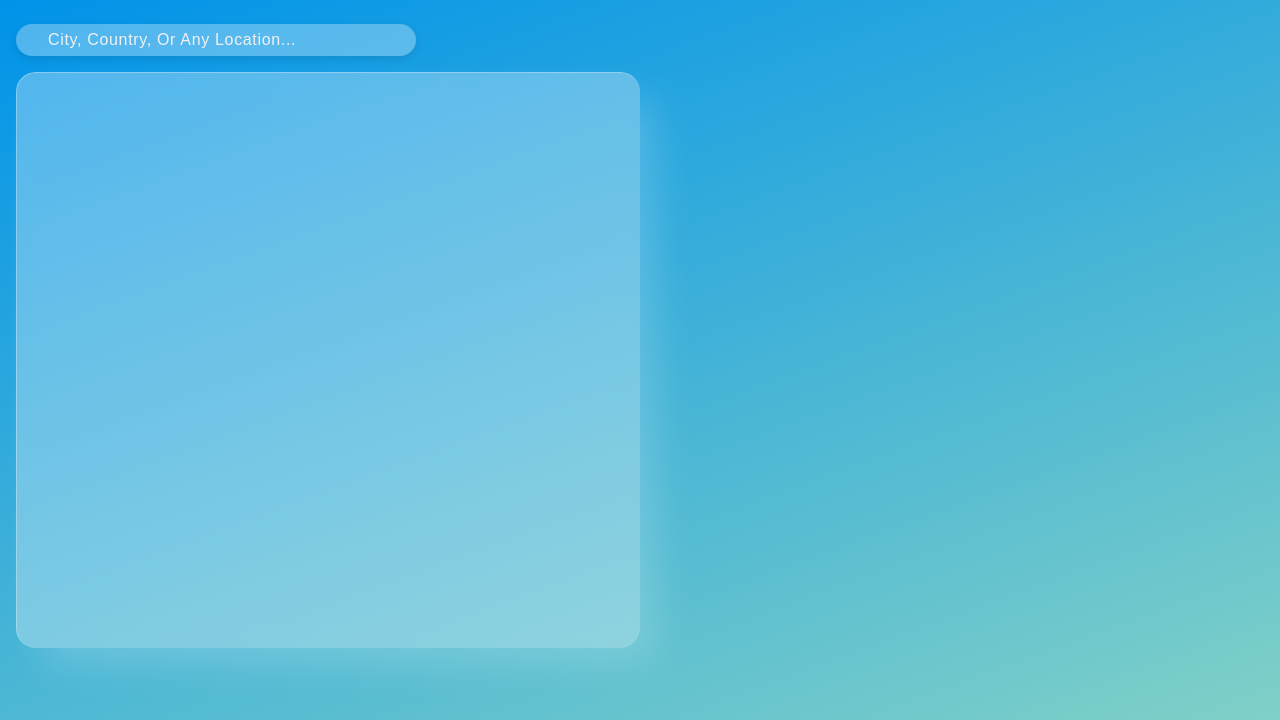
Repository: Haydenleung/weather-app-2024
Page: /
An editor plug-in stored every save of this project. The page is shown before and after a run of saves, followed by the edit.
The browser window is 1280 px wide. The pictures show the whole page.
The project was rebuilt for these pictures with package versions that can differ from the ones it lists, and the page was loaded fresh each time. The framework's server and built-in components were replaced by stand-ins that run in the browser. Also part of the build but not shown: next.config.mjs.

Above is the page before, as saved 2024-02-09 09:41:10.

### src/pages/index.tsx
import Image from "next/image";
import { useState } from 'react';
import { parseString } from 'xml2js';

import Container from "@/components/Container";

export default function Home() {

  const [location, setLocation] = useState();

  var apiKey = "1166e5ad9804e768305a6f5ad6b1e21c"
  // var cityName = "london"
  var currentUrl = `https://api.openweathermap.org/data/2.5/weather?q=${location}&units=metric&appid=${apiKey}`;
  var currentUrlXML = `https://api.openweathermap.org/data/2.5/weather?q=${location}&mode=xml&appid=${apiKey}`;
  var forecasrUrl = `https://api.openweathermap.org/data/2.5/forecast?q=${location}&units=metric&appid=${apiKey}`;

  const [data, setData] = useState<IWeatherProps[]>([]);
  const [date, setDate] = useState<IDateProps[]>([]);
  const [fData, setFData] = useState<IForecastProps[]>([]);


  const GrabInfo = async () => {
    try {
      await fetch(currentUrl)
        .then((res) => {
          if (!res.ok) {
            throw new Error('404 Error');
          }
          return res.json();
        })
        .then((data) => {
          console.log([data]);
          setData([data]);
        });

      await fetch(currentUrlXML)
        .then((res) => {
          if (!res.ok) {
            throw new Error('404 Error');
          }
          return res.text();
        })
        .then((date) => {
          parseString(date, (err: any, result: any) => {
            if (err) {
              throw new Error('404 Error');
            }
            console.log([result]);
            setDate([result]);
          });
        });
      await fetch(forecasrUrl)
        .then((res) => {
          if (!res.ok) {
            throw new Error('404 Error');
          }
          return res.json()
        })
        .then((fData) => {
          console.log([fData]);
          setFData([fData]);
        })
    } catch (error) {
      setData([])
      setDate([])
      setFData([])
    }
  };

  const handleChange = (event: any) => {
    setLocation(event.target.value);
  };

  const onFormSubmit = (e: any) => {
    e.preventDefault();
    GrabInfo()
  }

  return (
    <main className={"container"} >
      <form onSubmit={onFormSubmit} className={"searchForm"}>
        <input type="text" onChange={handleChange} value={location} className={"search"} placeholder={"City, country, or any location..."} />
        <button type="submit" className={"button"} />
      </form>
      <Container data={data} date={date} fData={fData} location={location} />
    </main >
  );
}

### src/styles/globals.css
* {
  font-family: Arial, Helvetica, sans-serif;
  color: white;
}

*,
*:before,
*:after {
  box-sizing: border-box;
}

.container {
  background: #e0e9f0;
  width: 100%;
  height: 100%;
  position: absolute;
  top: 0;
  left: 0;
  padding: 0.5rem 0rem;
  display: flex;
  flex-direction: column;
  background-color: #0093E9;
  background-image: linear-gradient(160deg, #0093E9 0%, #80D0C7 100%);
}

.button {
  display: none;
}

.searchForm {
  width: 20rem;
  padding: 1rem 1rem 0 1rem;
}

.search {
  height: 2rem;
  min-width: 25rem;
  border-radius: 99rem;
  border: none;
  padding: 0.3rem 2rem;
  font-size: 12pt;
  font-weight: 400;
  letter-spacing: 0.5pt;
  box-shadow: 0px 3px 8px rgba(0, 0, 0, 0.1);
  color: white;
  text-transform: capitalize;
  outline: none;
  background: rgba(255, 255, 255, 0.3);
}

input,
select,
textarea {
  color: #ff0000;
}

::placeholder {
  color: rgb(241, 241, 241);
  font-weight: 400;
  opacity: 1;
}

.search:hover {
  transform: translateY(-1px);
}

.weatherContainer {
  flex-grow: 1;
  padding: 1rem;
  display: flex;
  flex-direction: row;
  gap: 1rem;
  min-height: 35rem;
}

.today {
  display: flex;
  flex-direction: column;
  width: 50%;
  justify-content: center;
  align-items: center;
  background: rgba(255, 255, 255, 0.3);
  padding: 3rem;
  border-radius: 20px;
  border-left: 1px solid rgba(255, 255, 255, 0.3);
  border-top: 1px solid rgba(255, 255, 255, 0.3);
  backdrop-filter: blur(10px);
  box-shadow: 20px 20px 40px -6px rgba(255, 255, 255, 0.2);
  text-align: center;
  position: relative;
  transition: all 0.2s ease-in-out;
  height: 80vh;
}

.today:hover,
.subForecast:hover {
  transform: translateY(-2px);
}


.temp {
  font-size: 72pt;
  font-weight: 800;
  margin-top: 2rem;
  line-height: 1;
  /* color: white */
}

.main {
  font-size: 32pt;
  font-weight: 400;
  /* color: white; */

}

.subToday {
  display: flex;
  flex-direction: column;
  justify-content: center;
  align-items: center;
}

.date {
  margin-bottom: 3rem;
}

.now {
  font-weight: 800;
  font-size: 24pt;
  margin-bottom: 0.5rem;
}

.forecast {
  display: flex;
  flex-direction: column;
  width: 50%;
  justify-content: center;
  align-items: center;
  border-radius: 20px;
  text-align: center;
  position: relative;
  transition: all 0.2s ease-in-out;
  height: 80vh;
  min-height: 15rem;
  gap: 1rem;
  /* background-color: red; */
}

.subForecast {
  display: flex;
  flex-direction: row;
  width: 100%;
  background: rgba(255, 255, 255, 0.3);
  border-radius: 20px;
  border-left: 1px solid rgba(255, 255, 255, 0.3);
  border-top: 1px solid rgba(255, 255, 255, 0.3);
  backdrop-filter: blur(10px);
  box-shadow: 20px 20px 40px -6px rgba(255, 255, 255, 0.2);
  text-align: center;
  position: relative;
  transition: all 0.2s ease-in-out;
  flex-grow: 1;
}

.icon {
  background-color: red;
  width: 300px;
  height: auto;
}

### src/components/Container/index.tsx

import { useState, useEffect } from 'react';
import Image from 'next/image';

export default function Container(
    props: { data: IWeatherProps[], date: IDateProps[], fData: IForecastProps[], location: any }
) {

    // const [currentTemp, setCurrentTemp] = useState<number>();
    // const [currentWind, setcurrentWind] = useState<number>();
    // const [currentDate, setcurrentDate] = useState<string>();
    // const [currentMain, setcurrentMain] = useState<string>();
    // const [forcastTemp, setForcastTemp] = useState<number[]>([]);

    const [currentDate, setcurrentDate] = useState<string>();


    const formatDate = (tempDate: string) => {
        tempDate = tempDate?.substring(0, tempDate.search("T"));
        var day = new Date(Date.parse(tempDate)).getDate() + 1;
        var month = new Date(Date.parse(tempDate)).toLocaleString('default', { month: 'long' });
        var year = new Date(Date.parse(tempDate)).getFullYear();
        return (month + " " + day + ", " + year)
    }

    const formatDate2 = (tempDate: string) => {
        var day = new Date(Date.parse(tempDate)).getDate();
        var month = new Date(Date.parse(tempDate)).toLocaleString('default', { month: 'short' });
        var year = new Date(Date.parse(tempDate)).getFullYear();
        return (month + " " + day + ", " + year)
    }

    useEffect(() => {
        // Find Date
        // props.date && props.date.map((item: IDateProps) => {
        //     var tempDate = item.current.lastupdate[0].$.value;
        //     tempDate = tempDate?.substring(0, tempDate.search("T"))
        //     setcurrentDate(tempDate)
        // })

        // // Find Current Weather
        // props.data && props.data.map((item: IWeatherProps) => {
        //     // setCurrentTemp(item.main.temp)
        //     // setcurrentWind(item.wind.speed)
        //     // item.weather && item.weather.map((single: IWeatherSingleProps) => {
        //     //     setcurrentMain(single.main)
        //     // })
        // })

        // setForcastTemp([])
        // props.fData && props.fData.map((item: IForecastProps) => {
        //     item.list && item.list.map((single: IForecastListProps) => {
        //         setForcastTemp([...forcastTemp, single.main.temp])
        //         console.log(forcastTemp)
        //         single.wind.speed
        //         single.dt_txt
        //         single.weather && single.weather.map((second: IForecastWeatherProps) => {
        //             { second.main }
        //         })
        //     })

        // })
    })


    return (
        <div className={"weatherContainer"}>
            <div className={"today"}>
                {
                    props.date && props.date.map((item: IDateProps, index: number) => {
                        return (
                            <div key={index} className={"date"}>
                                <div className={"now"}>Current</div>
                                {
                                    item.current.lastupdate && item.current.lastupdate.map((single: IDateExactProps, indexTwo: number) => {
                                        return (
                                            <div key={indexTwo} className={"todayDate"}>
                                                {formatDate(single.$.value)}
                                            </div>
                                        )
                                    })
                                }
                            </div>
                        )
                    })
                }
                {
                    props.data && props.data.map((item: IWeatherProps, index: number) => {
                        return (
                            <div key={index} className={"subToday"}>
                                <Image src="/" alt="icon" width={400} height={400} className={"icon"} />
                                < div className={"temp"} > {item.main.temp.toFixed(1)}°C</div>
                                {
                                    item.weather && item.weather.map((single: IWeatherSingleProps, indexTwo: number) => {
                                        return (
                                            <div key={indexTwo} className={"main"}>
                                                {single.main}
                                            </div>
                                        )
                                    })
                                }
                                <div>{item.wind.speed} m/s</div>
                            </div>
                        )
                    })
                }
            </div >
            {
                props.fData && props.fData.map((item: IForecastProps, index: number) => {
                    return (
                        <div key={index} className={"forecast"}>
                            {
                                item.list && item.list.map((single: IForecastListProps, indexTwo: number) => {
                                    return (
                                        single.dt_txt.search("00:00:00") > 0 &&
                                        (<div key={indexTwo} className={"subForecast"}>
                                            {single.main.temp.toFixed(1)}<br />
                                            {single.wind.speed}<br />
                                            {formatDate2(single.dt_txt)}
                                            {
                                                single.weather && single.weather.map((second: IForecastWeatherProps, indexThree: number) => {
                                                    return (
                                                        <div key={indexThree} >
                                                            {second.main}
                                                            {second.description}
                                                        </div>
                                                    )
                                                })
                                            }
                                        </div>)
                                    )
                                })
                            }
                        </div>
                    )
                })
            }


        </div >
    )
}

Loaded but not shown: src/pages/_app.tsx (common file); src/pages/_document.tsx (common file)

After the next 4 saves:
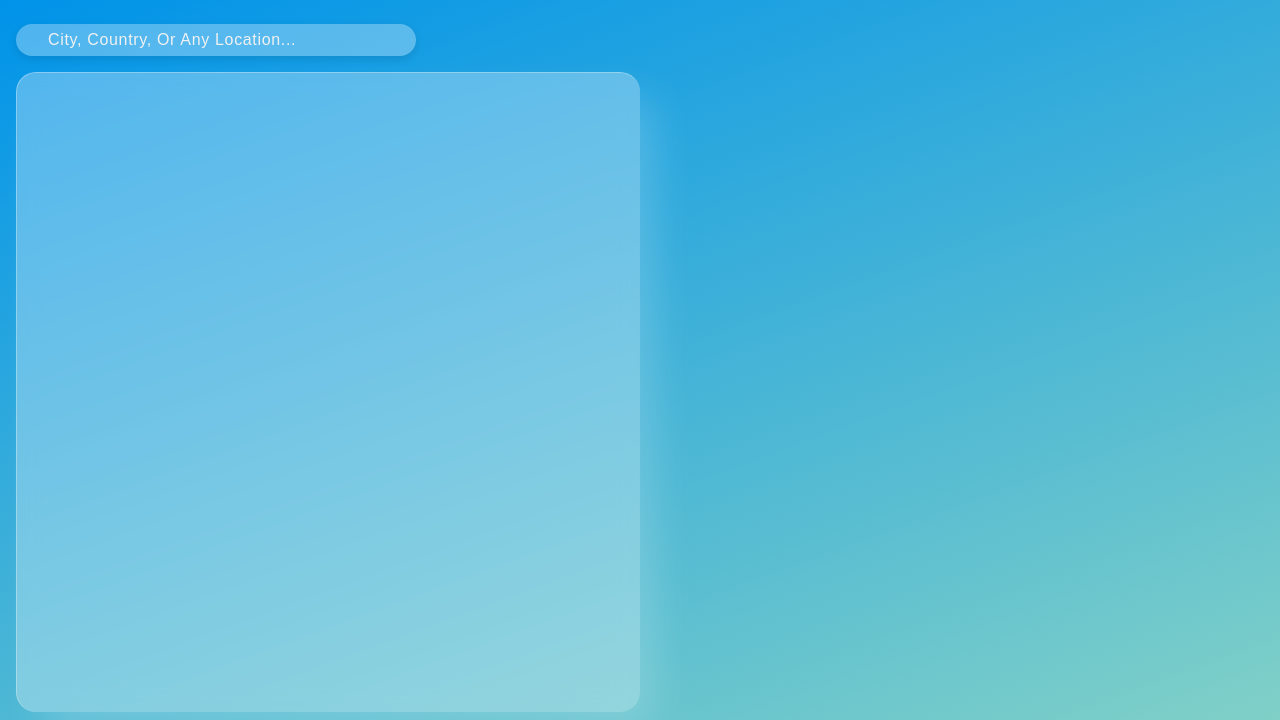
The 4 saves are shown as one change because they came seconds apart.
The last was saved 14 s later.
--- a/src/styles/globals.css
+++ b/src/styles/globals.css
@@ -90,6 +90,7 @@ textarea {
   position: relative;
   transition: all 0.2s ease-in-out;
   height: 80vh;
+  min-height: 40rem;
 }
 
 .today:hover,
